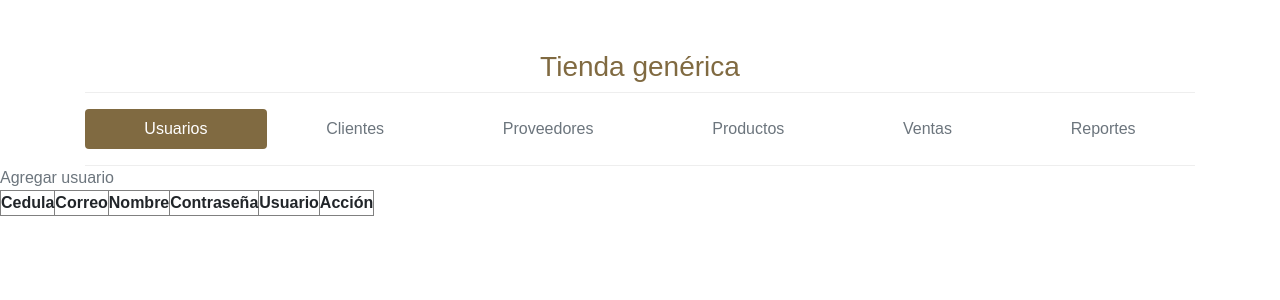
Repository: andresrojas686/tiendaGenericaMintic
Page: http://localhost/primerJSP/usuarios.jsp
The author's editor kept a copy of each file at every save. The page is drawn from the files as they stood at one save, then again after the next save.
The browser window is 1280 px wide. The pictures show the whole page.
The page is served by Tomcat 9. Other server files are loaded and not shown. Queries for data that is not in the repository find no rows.

Above is the page before, as saved 2021-09-15 20:36:50.

### primerJSP/src/main/webapp/usuarios.jsp
<%@ page language="java" contentType="text/html; charset=ISO-8859-1"
    pageEncoding="ISO-8859-1"%>
<%@ page import = "java.sql.*" %>
<!DOCTYPE html>
<html>
<head>
<meta charset="ISO-8859-1">
<link rel="stylesheet" href="style/styles.css">
<link rel="stylesheet" href="style/main.css">
<title>Usuarios</title>
</head>
<body>
	<header>
        <h1 class="titulo-tienda">Tienda genérica</h1>
	<!-- -----------------------Menu-------------------------------- -->
	    <section class="main">
        <div class="container">
            <section class="row">
                <div class="col">
                    <div class="border-top border-bottom py-3">
                        <ul class="nav nav-pills nav-fill">
                            <li class="nav-item">
                                <a href="usuarios.jsp" class="nav-link active">Usuarios</a>
                            </li>
                            <li class="nav-item">
                                <a href="clientes.jsp" class="nav-link">Clientes</a>
                            </li>
                            <li class="nav-item">
                                <a href="proveedores.jsp" class="nav-link">Proveedores</a>
                            </li>
                            <li class="nav-item">
                                <a href="productos.jsp" class="nav-link">Productos</a>
                            </li>
                            <li class="nav-item">
                                <a href="ventas.jsp" class="nav-link">Ventas</a>
                            </li>
                            <li class="nav-item">
                                <a href="reportes.jsp" class="nav-link">Reportes</a>
                            </li>
                        </ul>
                    </div>
                </div>
            </section>
            <!-- -----------------------FIN Menu-------------------------------- -->
            </header>
	<%
		Class.forName("com.mysql.jdbc.Driver");
		Connection conexion = DriverManager.getConnection("jdbc:mysql://localhost:3306/tienda","root", "Julian0992");
		PreparedStatement ps = conexion.prepareStatement("SELECT * FROM usuarios");
		ResultSet  result = ps.executeQuery();
	%>

	<a href="agregarUsuario.html">Agregar usuario</a>
	<table border="double">
		<tr>
			<th>Cedula</th>
			<th>Correo</th>
			<th>Nombre</th>
			<th>Contraseña</th>
			<th>Usuario</th>
			<th colspan="2">Acción</th>
		</tr>
		<%
			while(result.next()){
		%>
		<tr>
			<td><%= result.getInt("cedula_usuario") %></td>
			<td><%= result.getString("email_usuario") %></td>
			<td><%= result.getString("nombre_usuario") %></td>
			<td><%= result.getString("password") %></td>
			<td><%= result.getString("usuario") %></td>
			<td><a href="editar.jsp?cedula=<%=result.getInt("cedula_usuario")%>">Editar</a></td>
			<td><a href="eliminar.jsp?cedula=<%=result.getInt("cedula_usuario")%>">Eliminar</a></td>
		</tr>
		<%
			}
		%>
	</table>


</body>
</html>

### primerJSP/src/main/webapp/style/styles.css
@charset "ISO-8859-1";
*{
    margin: 0;
    padding: 0;
}
.titulo-tienda{
  text-align: center;
  margin-top: 50px;
  font-family:Arial, Helvetica, sans-serif;
  font-size: 28px;
  color: #806a41;
}
.ingresa{
  text-align: center;
  font-size: 25px;
  color: grey;
}
form label{
  margin-left: 50px;
  margin-top: 7px;
  margin-bottom: 7px;
}
.usuario{
  display: flex;
}
form label input{
  flex-wrap: wrap;
  width: 75vw;
  height: 35px;
  font-size: 15px;
  /* border-radius: 5px; */
}

.contenedor-botones{
  margin-top: 20px;
  display: flex;
  width: 100%;
}

.botones-usuario{
  margin: 0 auto;
  width: 150px;
  height: 40px;
  color: white;
  border: 2px solid #806a41;
  background-color: #806a41;
  border-radius: 10px;
  cursor: pointer;
}
.botones-usuario a{
  color: white;
}
.botones-usuario:hover{
  background-color: white;
  color: #806a41;
  box-shadow: 3px 3px 3px gray;
}
.enlace-usuario{
  text-align: center;
  padding-top: 5px;
  width: 150px;
  height: 40px;
  color: white;
  border: 2px solid #806a41;
  background-color: #806a41;
  border-radius: 10px;
}
.enlace-usuario:hover{
  text-align: center;
  padding-top: 5px;
  width: 150px;
  height: 40px;
  color: white;
  border: 2px solid #806a41;
  background-color: white;
  color: #806a41;
  border-radius: 10px;
}

.agregar-usuario{
  background-color: #806a41 !important;
  border: none !important;
  margin-top: 15px;
}
.agregar-usuario:hover{
  box-shadow: 3px 3px 3px gray;
}


.editar-usuario{
  background-color: #806a41 !important;
  border: none !important;
  margin: 5px;
}
.editar-usuario:hover{
  box-shadow: 3px 3px 3px gray;
}

.eliminar-usuario{
  background-color: #806a41 !important;
  border: none !important;
  margin: 5px;
}
.eliminar-usuario:hover{
  box-shadow: 3px 3px 3px gray;
}


.titulo-tabla{
  color: #806a41;
}
.titulo-tabla-centrada{
  color: #806a41;
  text-align: center;
}

Loaded but not shown: primerJSP/src/main/webapp/style/main.css (library)

After the next save:
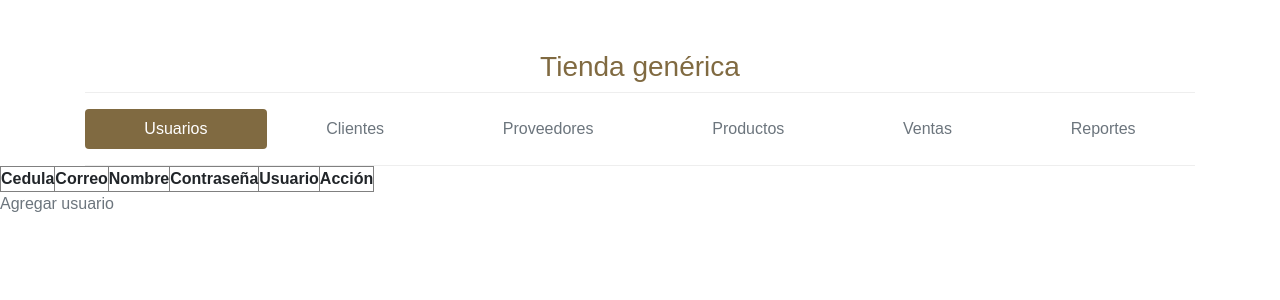
Saved 70 s later.
--- a/primerJSP/src/main/webapp/usuarios.jsp
+++ b/primerJSP/src/main/webapp/usuarios.jsp
@@ -50,7 +50,6 @@
 		ResultSet  result = ps.executeQuery();
 	%>
 
-	<a href="agregarUsuario.html">Agregar usuario</a>
 	<table border="double">
 		<tr>
 			<th>Cedula</th>
@@ -76,6 +75,7 @@
 			}
 		%>
 	</table>
+	<a href="agregarUsuario.html">Agregar usuario</a>
 
 
 </body>
